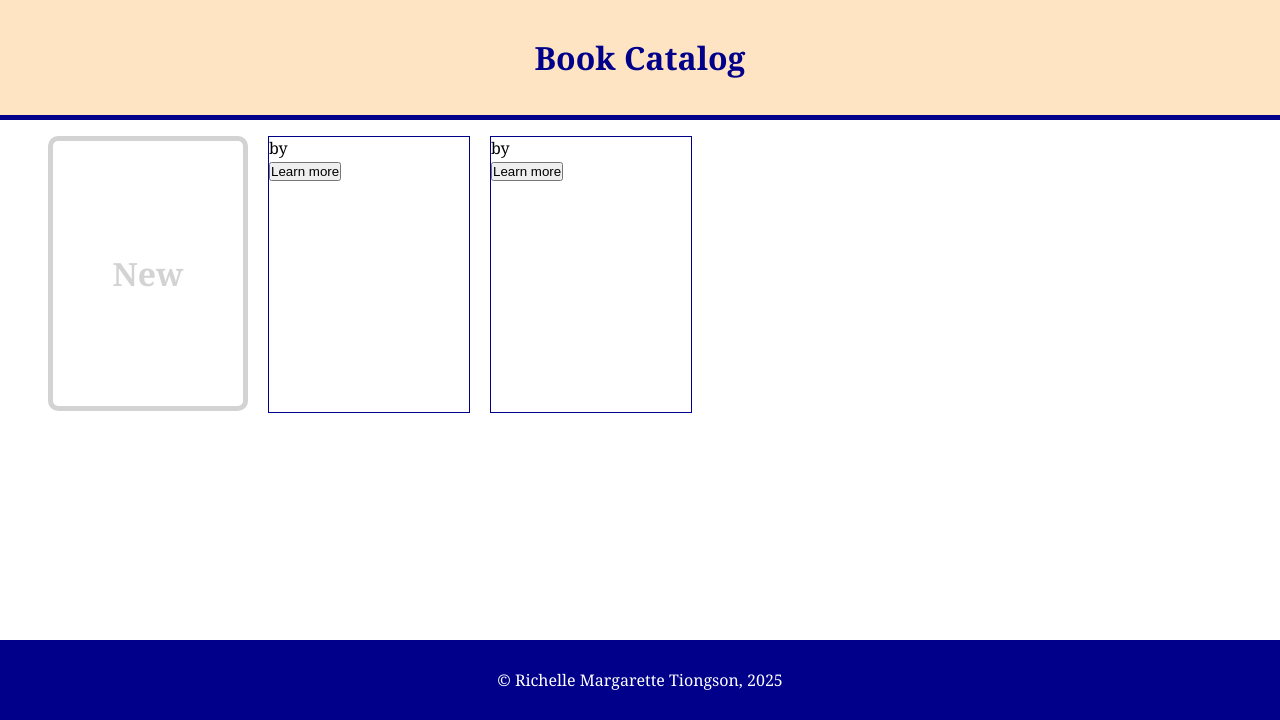
Repository: richelletiongson/comp3170_lab01
Page: /
The author's editor kept a copy of each file at every save. The page is drawn from the files as they stood at one save, then again after the next save.
The browser window is 1280 px wide. The pictures show the whole page.
The project was rebuilt for these pictures with package versions that can differ from the ones it lists, and the page was loaded fresh each time. Also part of the build but not shown: vite.config.js.

Above is the page before, as saved 2025-09-14 00:24:56.

### index.html
<!doctype html>
<html lang="en">
  <head>
    <meta charset="UTF-8" />
    <link rel="stylesheet" href="src/index.css"/>
    <meta name="viewport" content="width=device-width, initial-scale=1.0" />
    <title>Book Catalog</title>
  </head>
  <body>
    <div id="root"></div>
    <script type="module" src="/src/main.jsx"></script>
  </body>
</html>

### src/index.css
* {
  margin: 0;
  padding: 0;
}

body {
  font-family: 'Georgia', 'Times New Roman', serif;
  height: 100vh;
  display: flex;
  flex-direction: column;
}

.app {
  display: flex;
  flex-direction: column;
  min-height: 100vh;
}

.header {
  background-color: bisque;
  height: 115px;
  display: flex;
  align-items: center;
  justify-content: center;
  border-bottom: 5px solid darkblue;
}

.header-title {
  color: darkblue;
  font-size: 32px;
  font-weight: bold;
  text-align: center;
  margin: 0;
}

.book {
  border: solid 1px darkblue;
  height:275px;
  width:200px;
}

.new {
  border: solid 5px lightgray;
  border-radius: 10px;
  height:275px;
  width:200px;
  font-family: 'Georgia', 'Times New Roman', serif;
  background-color: #FFFFFF;
  color: lightgray;
  font-size: 32px;
  font-weight: bold;
}

.main-content {
  flex: 1;
  background-color: #FFFFFF;
  padding: 0 2rem;
}

.content {
  display: flex;
  flex-direction: row;
  justify-content:flex-start;
  padding: 1rem;
  gap: 20px;
}

.footer {
  background-color: darkblue;
  height: 80px;
  display: flex;
  align-items: center;
  justify-content: center;
}

.footer-text {
  color: #FFFFFF;
  font-size: 1rem;
  margin: 0;
  text-align: center;
}

### src/App.jsx

import './index.css'
import Book from './Book'

function App() {
  return (
    <div className="app">
      <header className="header">
        <h1 className="header-title">Book Catalog</h1>
      </header>

      <main className="main-content">
        <div className="content">
          <button className="new">New</button>
          <Book/>
          <Book/>
        </div>
      </main>

      <footer className="footer">
        <p className="footer-text">© Richelle Margarette Tiongson, 2025</p>
      </footer>
    </div>
  )
}

export default App

### src/Book.jsx
import './index.css'

function Book(props) {
    return (
        <div className="book">
            <image src={props.image}></image>
            <div>
                <p>by</p>
                <p>{props.author}</p>
            </div>
            <button>Learn more</button>
        </div>
    );
}

export default Book;

Loaded but not shown: src/main.jsx (common file)

After the next save:
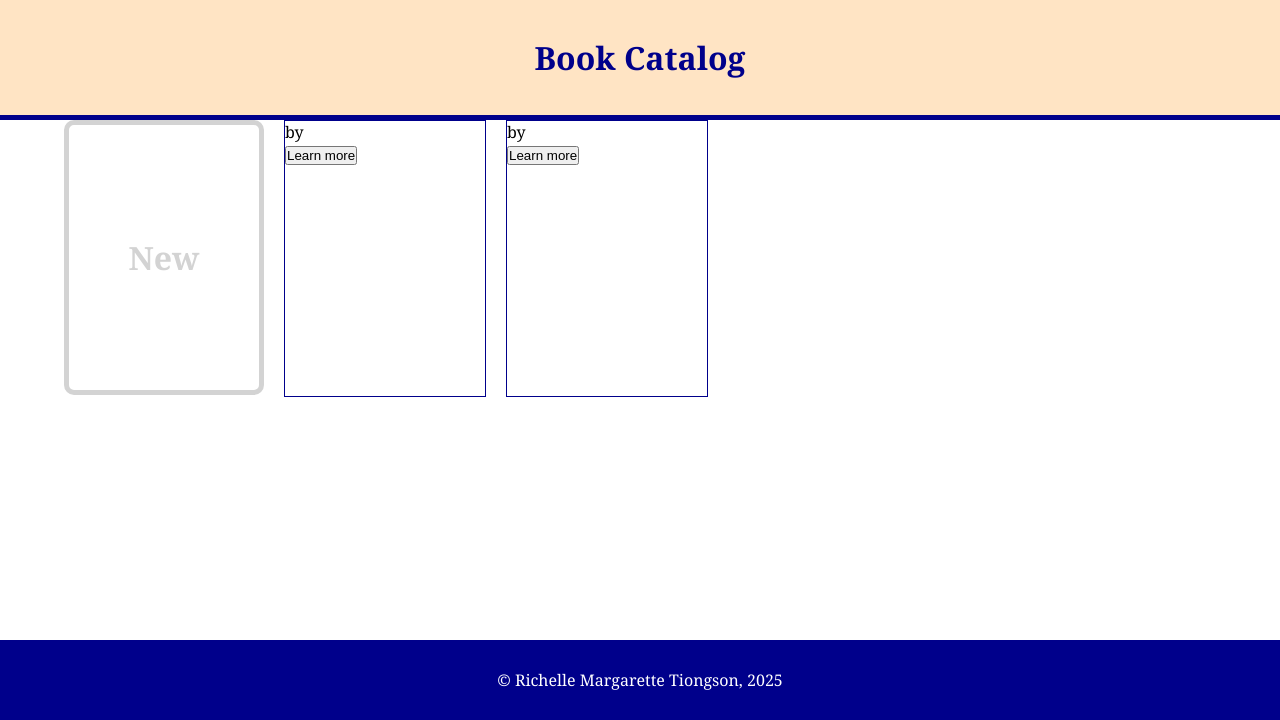
Saved 30 s later.
--- a/src/index.css
+++ b/src/index.css
@@ -61,7 +61,7 @@ body {
   display: flex;
   flex-direction: row;
   justify-content:flex-start;
-  padding: 1rem;
+  padding: 0 2rem;
   gap: 20px;
 }
 
